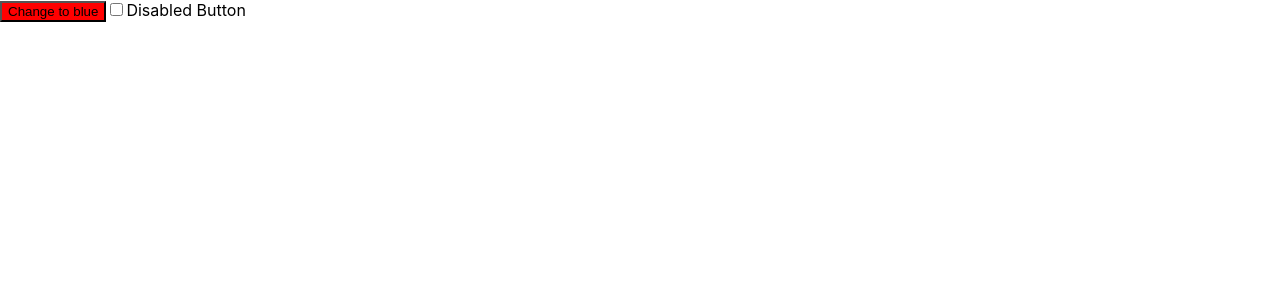
Repository: juanpchica/testing-library-course
Page: /
An editor plug-in stored every save of this project. The page is shown before and after the next save, followed by the edit.
The browser window is 1280 px wide. The pictures show the whole page.
The project was rebuilt for these pictures with package versions that can differ from the ones it lists, and the page was loaded fresh each time. Also part of the build but not shown: src/App.css.

Above is the page before, as saved 2022-01-07 07:40:11.

After the next save:
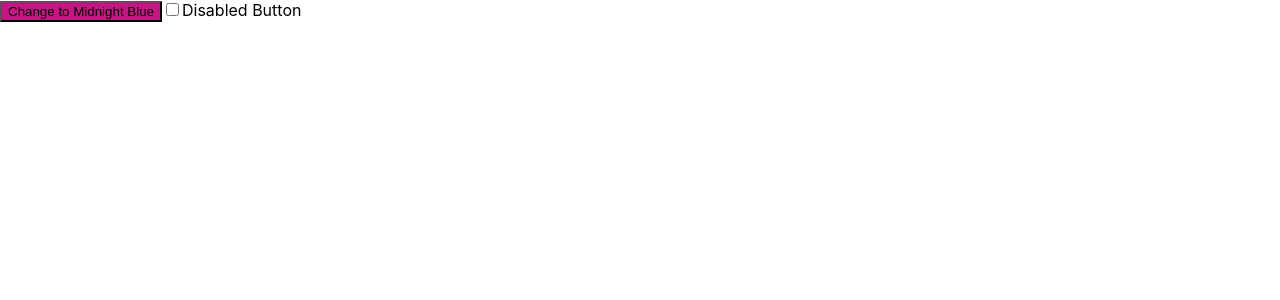
Saved 4 min 28 s later.
--- a/src/App.js
+++ b/src/App.js
@@ -7,8 +7,9 @@ export function replaceCamelWithSpaces(colorName) {
 }
 
 function App() {
-  const [buttonColor, setButtonColor] = useState("red");
-  const newButtonColor = buttonColor === "red" ? "blue" : "red";
+  const [buttonColor, setButtonColor] = useState("MediumVioletRed");
+  const newButtonColor =
+    buttonColor === "MediumVioletRed" ? "MidnightBlue" : "MediumVioletRed";
   const [isDisabled, setIsDisabled] = useState(false);
 
   return (
@@ -18,7 +19,7 @@ function App() {
         style={{ backgroundColor: isDisabled ? "gray" : buttonColor }}
         disabled={isDisabled}
       >
-        Change to {newButtonColor}
+        Change to {replaceCamelWithSpaces(newButtonColor)}
       </button>
 
       <input
